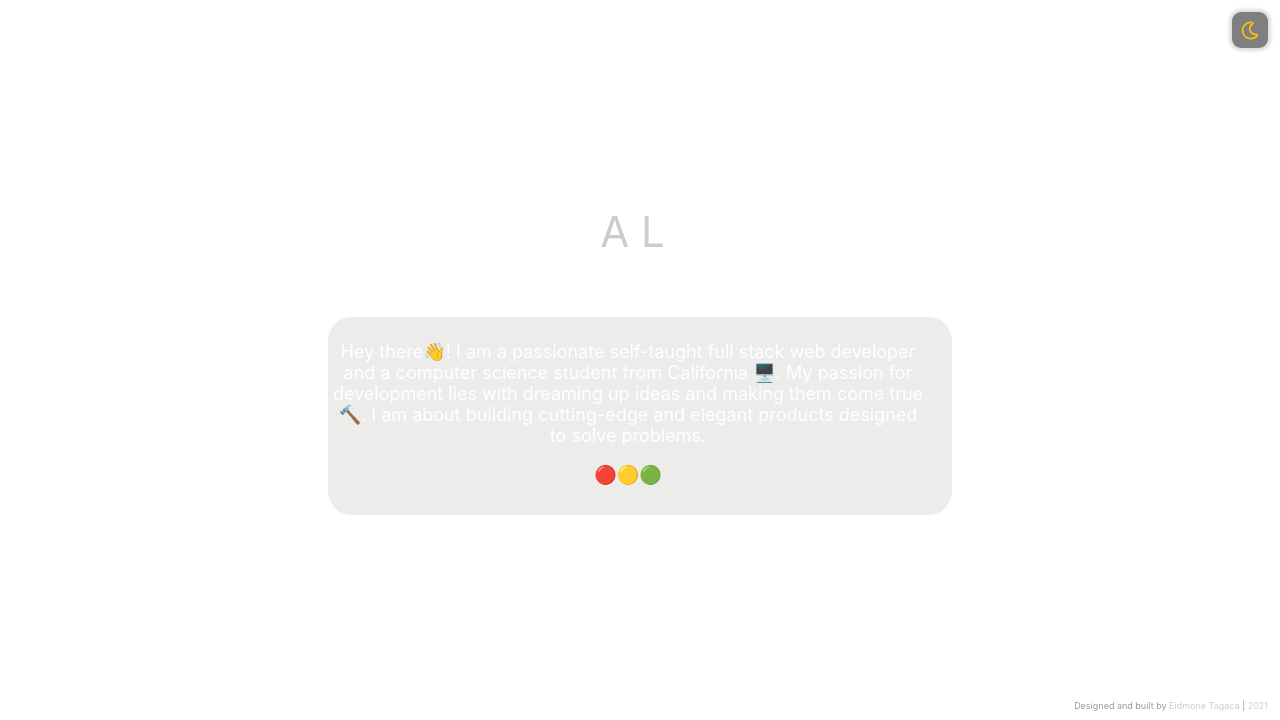
Repository: Tagaca19e/ET
Page: /
The author's editor kept a copy of each file at every save. The page is drawn from the files as they stood at one save, then again after the next save.
The browser window is 1280 px wide. The pictures show the whole page.
The project was rebuilt for these pictures with package versions that can differ from the ones it lists, and the page was loaded fresh each time. Also part of the build but not shown: src/icons/Sun.jsx, src/icons/Resume.jsx.

Above is the page before, as saved 2021-07-22 23:45:01.

### public/index.html
<!DOCTYPE html>
<html lang="en">
  <head>
    <meta charset="utf-8" />

    <!-- <meta name="title" property="og:title" content="Adam Alston" />
    <meta
      name="description"
      property="og:description"c
      content="Source: https://github.com/adamalston/v2"
    />

    <meta property="og:site_name" content="Personal Website" />
    <meta property="og:url" content="http://www.adamalston.com/" />
    <meta property="og:locale" content="en_US" />
    <meta property="og:image" content="https://git.io/JUWDe" />
    <meta property="og:image:type" content="image/png" />
    <meta property="og:image:width" content="1280" />
    <meta property="og:image:height" content="640" />
    <meta property="og:image:alt" content="adamalston.com" />
    <meta property="og:type" content="website" /> -->

    <link rel="icon" href="%PUBLIC_URL%/favicon.svg" />
    <link rel="canonical" href="https://adamalston.com" />
    <link rel="apple-touch-icon" href="%PUBLIC_URL%/favicon.svg" />
    <link rel="manifest" href="%PUBLIC_URL%/manifest.webmanifest" />

    <title>Eidmone</title>
  </head>
  <body>
    <noscript>
      Enable JavaScript to see this website.
      <a href="https://github.com/Tagaca19e/ET"> Source</a>
    </noscript>
    <div id="root"></div>
  </body>
</html>

### src/App/App.jsx
import React from "react";

import { ThemeProvider } from "./AppContext";
import { Toggle, Content, Buttons, Footer, Particles } from "./../components";
import "./app.scss";

const App = () => {
  return (
    <ThemeProvider>
      <div className="app">
        <Toggle />
        <Content />
        <Buttons />
        <Footer />
        <Particles />
      </div>
    </ThemeProvider>
  );
};

export default App;

### src/App/AppContext.jsx
import React, { createContext } from 'react';

import usePersistentState from './../hooks/PersistentState';
import { dark, light } from '../themes/Theme';

export const AppContext = createContext({
  isDark: Boolean,
  setIsDark: () => {},
});

export const ThemeProvider = ({ children }) => {
  const [isDark, setIsDark] = usePersistentState('theme', true); // default: dark mode
  const theme = isDark ? dark : light;

  const isMobile = window.matchMedia('(max-device-width: 820px) and (-webkit-min-device-pixel-ratio: 2)').matches;

  return <AppContext.Provider value={{ isDark, setIsDark, theme, isMobile }}>{children}</AppContext.Provider>;
};

### src/components/index.jsx
export * from "./Toggle";
export * from "./Content";
export * from "./Buttons";
export * from "./Footer";
export * from "./Particles";

### src/App/app.scss
html {
  overflow: hidden;
  font-size: 12px;
  font-family: -apple-system, BlinkMacSystemFont, 'Helvetica Neue', 'Segoe UI', Roboto, Oxygen, Ubuntu, Cantarell, 'Open Sans', sans-serif;
}

body {
  margin: 0;
  padding: 0;
  -webkit-font-smoothing: antialiased;
  -moz-osx-font-smoothing: grayscale;
}

.app {
  margin: 0;
  width: 100vw;
  height: 100vh;
  display: flex;
  flex-direction: column;
  align-items: center;
  justify-content: center;
  text-align: center;
}

### src/hooks/PersistentState.jsx
import { useEffect, useState } from 'react';

const usePersistentState = (key, defaultValue) => {
  const [state, setState] = useState(() => {
    const persistentState = localStorage.getItem(key);
    return persistentState ? JSON.parse(persistentState) : defaultValue;
  });

  useEffect(() => {
    window.localStorage.setItem(key, JSON.stringify(state));
  }, [state, key]);

  return [state, setState];
};

export default usePersistentState;

### src/themes/Theme.jsx
export const dark = {
  key: 'dark',
  primaryTextColor: '#FFF',
  secondaryTextColor: '#CCC',
  tertiaryTextColor: '#999',
  background: '#000',
  shadowColor: 'rgba(0, 0, 0, 0.5)',
};

export const light = {
  key: 'light',
  primaryTextColor: '#000',
  secondaryTextColor: '#333',
  tertiaryTextColor: '#777',
  background: '#FFF',
  shadowColor: 'rgba(255, 255, 255, 0.5)',
};

### src/components/Toggle.jsx
import React, { useContext } from 'react';
import styled from 'styled-components';

import { AppContext } from './../App/AppContext';
import { Moon, Sun } from './../icons';

const T = {
  Container: styled.main`
    position: fixed;
    z-index: 1;
    top: 1rem;
    right: 1rem;
    display: flex;
    flex: 1;
    align-items: center;
    justify-content: center;

    :active {
      -webkit-transform: scale(0.9);
      transform: scale(0.9);
    }
  `,
  Toggle: styled.input`
    display: none;
  `,
  Switch: styled.label`
    cursor: pointer;
    display: flex;
    width: 1.5rem;
    height: 1.5rem;
    padding: 0.75rem;
    background-color: ${({ theme }) => theme.shadowColor};
    border-radius: 25%;
    box-shadow: 0 0 0.25rem 0.25rem rgba(128, 128, 128, 0.25);
    align-items: center;
    justify-content: center;
    transition: background-color 0.5s linear;
    font-size: 0.5rem;
  `,
};

export const Toggle = () => {
  const { isDark, setIsDark, theme } = useContext(AppContext);

  return (
    <T.Container>
      <T.Toggle id='toggle' name='toggle' type='checkbox' checked={isDark} onChange={(e) => setIsDark(e.target.checked)} />
      <T.Switch theme={theme} htmlFor='toggle'>
        {isDark ? <Moon /> : <Sun />}
      </T.Switch>
    </T.Container>
  );
};

### src/components/Content.jsx
import React, { useContext } from "react";
import styled, { css } from "styled-components";
import TextLoop from "react-text-loop";

import { AppContext } from "./../App/AppContext";
import Typewriter from "typewriter-effect";

const sharedStyles = css`
  transition: color 0.5s linear;
  font-weight: normal;
  position: relative;
  z-index: 1;
`;

const C = {
  Name: styled.h1`
    ${sharedStyles};
    font-size: 6rem;
    margin: 0 0 3.5rem;
    color: ${({ theme }) => theme.primaryTextColor};
    @media only screen and (max-device-width: 820px) and (-webkit-min-device-pixel-ratio: 2) {
      font-size: 4.5rem;
    }
  `,
  Title: styled.h2`
    ${sharedStyles};
    font-size: 3.5rem;
    margin: 4rem 0;
    color: ${({ theme }) => theme.secondaryTextColor};
    @media only screen and (max-device-width: 820px) and (-webkit-min-device-pixel-ratio: 2) {
      font-size: 2.5rem;
    }
  `,
  Skills: styled.h3`
    ${sharedStyles};
    font-size: 1.5rem;
    margin: 5rem 0;
    color: ${({ theme }) => theme.primaryTextColor};
    max-width: 50rem;
    background: rgba(138, 138, 134, 0.16);
    border-radius: 2rem;
    font-style: bold;
    padding-top: 2rem;
    padding-bottom: 1rem;
    padding-right: 2rem;

    @media only screen and (max-device-width: 820px) and (-webkit-min-device-pixel-ratio: 2) {
      font-size: 1.5rem;
    }
  `,
};

function Type() {
  return (
    <Typewriter
      options={{
        strings: [
          "A Developer",
          "A Leader",
          "A Team Player",
          "A Hard Worker",
          "A Problem Solver",
          "A Student",
        ],
        autoStart: true,
        loop: true,
        deleteSpeed: 50,
      }}
    />
  );
}

export const Content = () => {
  const { theme } = useContext(AppContext);

  return (
    <div>
      <C.Name theme={theme} data-v2="name" aria-label="My name is Adam Alston">
        Eidmone Tagaca
      </C.Name>
      <C.Title
        theme={theme}
        data-v2="title"
        aria-label="I am a software engineer"
      >
        <Type
          theme={theme}
          data-v2="title"
          aria-label="I am a software engineer"
        />
      </C.Title>
      <C.Skills
        theme={theme}
        data-v2="skills"
        aria-label="My name is Adam Alston"
      >
        <p1>
          {" "}
          Hey there👋! I am a passionate self-taught full stack web developer
          and a computer science student from California 🖥️. My passion for
          development lies with dreaming up ideas and making them come true 🔨.
          I am about building cutting-edge and elegant products designed to
          solve problems.
        </p1>
        <p> 🔴🟡🟢</p>
        {/* <TextLoop interval={3000} delay={2000}>
          {[
            "Javascript  ",
            "Nodejs      ",
            "React       ",
            "Expressjs   ",
            "React Native",

            // "Cinema 4D",
          ].map((text) => (
            <span key={text}>{text}</span>
          ))}
        </TextLoop> */}
      </C.Skills>
    </div>
  );
};

### src/components/Buttons.jsx
import React, { useContext } from "react";
import styled from "styled-components";

import { AppContext } from "./../App/AppContext";
import { GitHub, LinkedIn, Resume, Email } from "./../icons";

const Container = styled.div`
  a,
  a:active,
  a:hover {
    outline: 0;
  }

  .button-container {
    display: inline-block;
    height: 6rem;
    width: 6rem;
    margin: 0 1.75rem;
  }

  .button {
    transition: color 0.5s linear;
    height: 6rem;
    width: 6rem;
    color: ${({ theme }) => theme.primaryTextColor};
    display: table-cell;
    vertical-align: middle;
    text-align: center;
    text-decoration: none;
    position: relative;
    z-index: 1;
    border-radius: 25%;
  }

  .icon {
    height: 4.5rem;
    width: 4.5rem;
    padding: 1rem;
  }

  .icon_title {
    font-size: 1.25rem;
  }

  .button:hover {
    background-color: ${({ theme }) => theme.shadowColor};
    box-shadow: 0 0 0.75rem 0.75rem rgba(128, 128, 128, 0.25);
  }

  .button:active {
    -webkit-transform: scale(0.9);
    transform: scale(0.9);
  }

  .button-container .icon_title {
    display: none;
  }

  .button-container:hover .icon_title {
    display: initial;
  }

  .button-container:hover .icon {
    display: none;
  }

  @media only screen and (max-device-width: 820px) and (-webkit-min-device-pixel-ratio: 2) {
    .button-container {
      height: 5rem;
      width: 5rem;
      margin: 0 0.8rem;
    }

    .button {
      height: 5rem;
      width: 5rem;
    }

    .icon {
      height: 4rem;
      width: 4rem;
      padding: 0.5rem;
    }

    .icon_title {
      font-size: 1rem;
    }
  }
`;

export const Buttons = () => {
  const { theme } = useContext(AppContext);

  const DATA = [
    {
      href: "https://github.com/Tagaca19e",
      aria: "Visit my GitHub profile",
      icon: <GitHub />,
      label: "GitHub",
    },
    {
      href: "https://www.linkedin.com/in/eidmone-tagaca-6ab45717b/",
      aria: "Visit my LinkedIn profile",
      icon: <LinkedIn />,
      label: "LinkedIn",
    },
    {
      href: "mailto:etagaca@csub.edu",
      aria: "Send me an email with this template",
      icon: <Email />,
      label: "Email",
    },
  ];

  return (
    <Container theme={theme}>
      {DATA.map(({ href, aria, icon, label }, i) => (
        <span className="button-container" key={i}>
          <a
            className="button"
            href={href}
            target="_self"
            aria-label={aria}
            rel="noopener noreferrer"
          >
            <div className="icon">{icon}</div>
            <span className="icon_title" data-v2={label}>
              {label}
            </span>
          </a>
        </span>
      ))}
    </Container>
  );
};

### src/components/Footer.jsx
import React, { useContext } from "react";
import styled from "styled-components";

import { AppContext } from "./../App/AppContext";

const F = {
  Container: styled.div`
    position: absolute;
    bottom: 0;
    right: 0;
    font-size: 0.75rem;
    padding-right: ${({ isMobile }) => (isMobile ? "1.5rem" : "1rem")};
    z-index: 1;
  `,
  Text: styled.p`
    transition: color 0.5s linear;
    color: ${({ theme }) => theme.tertiaryTextColor};
  `,
  Link: styled.a`
    transition: color 0.5s linear;
    text-decoration: none;
    color: ${({ theme }) => theme.secondaryTextColor};
  `,
};

export const Footer = () => {
  const { theme, isMobile } = useContext(AppContext);

  return (
    <F.Container isMobile={isMobile}>
      <F.Text theme={theme} aria-label="Designed and built by Adam Alston">
        Designed and built by&nbsp;
        <F.Link
          theme={theme}
          data-v2="creator"
          href="https://www.linkedin.com/in/eidmone-tagaca-6ab45717b/"
        >
          Eidmone Tagaca
        </F.Link>
        {isMobile ? (
          <></>
        ) : (
          <>
            &nbsp;|&nbsp;
            <F.Link
              theme={theme}
              data-v2="source"
              aria-label="Source code"
              href="https://github.com/jtagaca12/ET"
            >
              2021
            </F.Link>
          </>
        )}
      </F.Text>
    </F.Container>
  );
};

### src/components/Particles.jsx
import React, { useContext } from "react";
import styled from "styled-components";
import { Particles as ReactParticles } from "react-tsparticles";

import { AppContext } from "./../App/AppContext";

const P = {
  Container: styled.div`
    transition: background-color 0.5s linear;
    position: absolute;
    background-color: ${({ theme }) => theme.background};
    background-repeat: no-repeat;
    background-size: cover;
    background-position: 50% 50%;
    z-index: 0;
  `,
};

export const Particles = () => {
  const { theme } = useContext(AppContext);

  const OPTIONS = {
    particles: {
      number: {
        value: 100,
        density: {
          enable: true,
          area: 800,
        },
      },
      color: {
        value: ["c912ed", "00bfff", "22dd22", "ffd500", "ff8000", "ff2600"],
      },
      shape: {
        type: "square",
        stroke: {
          width: 0,
          color: "000",
        },
        polygon: {
          nb_sides: 5,
        },
        image: {
          src: "img/github.svg",
          width: 100,
          height: 100,
        },
      },
      opacity: {
        value: 0.9,
        random: false,
        anim: {
          enable: false,
          speed: 1,
          opacity_min: 0.5,
          sync: false,
        },
      },
      size: {
        value: 4,
        random: {
          enable: true,
          minimumValue: 2,
        },
        anim: {
          enable: false,
          speed: 30,
          size_min: 0.1,
          sync: true,
        },
      },
      links: {
        enable: true,
        distance: 75,
        color: "999",
        opacity: 0.9,
        width: 1,
        consent: false,
        blink: false,
      },
      move: {
        enable: true,
        speed: 2,
        direction: "none",
        random: false,
        straight: false,
        out_mode: "bounce",
        bounce: false,
        attract: {
          enable: false,
          rotateX: 600,
          rotateY: 1200,
        },
      },
    },
    interactivity: {
      detect_on: "canvas",
      events: {
        onhover: {
          enable: true,
          mode: "repulse",
        },
        onclick: {
          enable: true,
          mode: "push",
        },
        resize: true,
      },
      modes: {
        attract: {
          distance: 100,
          duration: 1,
          speed: 5,
        },
        bubble: {
          distance: 400,
          size: 40,
          duration: 2,
          opacity: 8,
          speed: 3,
        },
        grab: {
          distance: 400,
          line_linked: {
            opacity: 1,
          },
        },
        push: {
          particles_nb: 3,
        },
        remove: {
          particles_nb: 2,
        },
        repulse: {
          distance: 100,
          duration: 1,
        },
      },
    },
    retina_detect: true,
    fpsLimit: 60,
    // 3m@62^K^88745%
  };

  return (
    <P.Container theme={theme}>
      <ReactParticles width="100vw" height="100vh" options={OPTIONS} />
    </P.Container>
  );
};

### src/icons/index.jsx
export * from './Moon';
export * from './Sun';
export * from './GitHub';
export * from './LinkedIn';
export * from './Resume';
export * from './Email';

### src/icons/Moon.jsx
import React from 'react';

export const Moon = () => (
  <svg role='img' viewBox='0 0 512 512' xmlns='http://www.w3.org/2000/svg' height='4.5em' width='4.5em'>
    <title>Moon Icon</title>
    <path fill='#F1C40F' d='M279.135 512c78.756 0 150.982-35.804 198.844-94.775 28.27-34.831-2.558-85.722-46.249-77.401-82.348 15.683-158.272-47.268-158.272-130.792 0-48.424 26.06-92.292 67.434-115.836 38.745-22.05 29-80.788-15.022-88.919A257.936 257.936 0 00279.135 0c-141.36 0-256 114.575-256 256 0 141.36 114.576 256 256 256zm0-464c12.985 0 25.69 1.201 38.016 3.478-54.76 31.163-91.693 90.042-91.693 157.554 0 113.848 103.641 199.2 215.252 177.944C402.574 433.964 344.366 464 279.135 464c-114.875 0-208-93.125-208-208s93.125-208 208-208z'/>
  </svg>
);

### src/icons/GitHub.jsx
import React from 'react';

export const GitHub = () => (
  <svg role='img' viewBox='0 0 512 512' xmlns='http://www.w3.org/2000/svg'>
    <title>GitHub Icon</title>
    <path fill='currentColor' d='M296.133 354.174c49.885-5.891 102.942-24.029 102.942-110.192 0-24.49-8.624-44.448-22.67-59.869 2.266-5.89 9.515-28.114-2.734-58.947 0 0-18.139-5.898-60.759 22.669-18.139-4.983-38.09-8.163-56.682-8.163-19.053 0-39.011 3.18-56.697 8.163-43.082-28.567-61.22-22.669-61.22-22.669-12.241 30.833-4.983 53.057-2.718 58.947-14.061 15.42-22.677 35.379-22.677 59.869 0 86.163 53.057 104.301 102.942 110.192-6.344 5.452-12.241 15.873-14.507 30.387-12.702 5.438-45.808 15.873-65.758-18.592 0 0-11.795-21.31-34.012-22.669 0 0-22.224-.453-1.813 13.592 0 0 14.96 6.812 24.943 32.653 0 0 13.6 43.089 76.179 29.48v38.543c0 5.906-4.53 12.702-15.865 10.89C96.139 438.977 32.2 354.626 32.2 255.77c0-123.807 100.216-224.022 224.03-224.022 123.347 0 224.023 100.216 223.57 224.022 0 98.856-63.946 182.754-152.828 212.688-11.342 2.266-15.873-4.53-15.873-10.89V395.45c.001-20.873-6.811-34.465-14.966-41.276zM512 256.23C512 114.73 397.263 0 256.23 0 114.73 0 0 114.73 0 256.23 0 397.263 114.73 512 256.23 512 397.263 512 512 397.263 512 256.23z'/>
  </svg>
);

### src/icons/LinkedIn.jsx
import React from 'react';

export const LinkedIn = () => (
  <svg role='img' viewBox='0 0 512 512' xmlns='http://www.w3.org/2000/svg'>
    <title>LinkedIn Icon</title>
    <path fill='currentColor' d='M160.008 423h-70V197h70zm6.984-298.004c0-22.629-18.36-40.996-40.976-40.996C103.312 84 85 102.367 85 124.996 85 147.633 103.313 166 126.016 166c22.617 0 40.976-18.367 40.976-41.004zM422 298.664C422 237.996 409.184 193 338.312 193c-34.054 0-56.914 17.031-66.246 34.742H272V197h-68v226h68V310.79c0-29.388 7.48-57.856 43.906-57.856 35.93 0 37.094 33.605 37.094 59.722V423h69zM512 452V60c0-33.086-26.914-60-60-60H60C26.914 0 0 26.914 0 60v392c0 33.086 26.914 60 60 60h392c33.086 0 60-26.914 60-60zM455.26 32C466.694 32 480 45.305 480 56.74v398.52c0 11.435-13.305 24.74-24.74 24.74H56.74C45.306 480 32 466.695 32 455.26V56.74C32 45.306 45.305 32 56.74 32zM452 40'/>
  </svg>
);

### src/icons/Email.jsx
import React from 'react';

export const Email = () => (
  <svg role='img' viewBox='0 0 512 512' xmlns='http://www.w3.org/2000/svg'>
    <title>Email Icon</title>
    <path fill='currentColor' d='M464.004 4.326L15.986 262.714c-23 13.3-20.7 47.198 3.8 57.297l140.206 57.997v101.996c0 30.198 37.802 43.298 56.702 20.299l60.703-73.797L403.8 478.704c19.101 7.9 40.702-4.2 43.802-24.7l64.003-417.08c4.1-26.698-24.601-45.897-47.602-32.598zm-272.01 475.678v-88.796l54.501 22.499zm224.008-30.899l-206.208-85.196L409.302 128.12c4.8-5.6-2.9-13.199-8.5-8.4l-255.31 217.59-113.505-46.797L480.004 32.025z'/>
  </svg>
);

Loaded but not shown: src/index.jsx (common file)

After the next save:
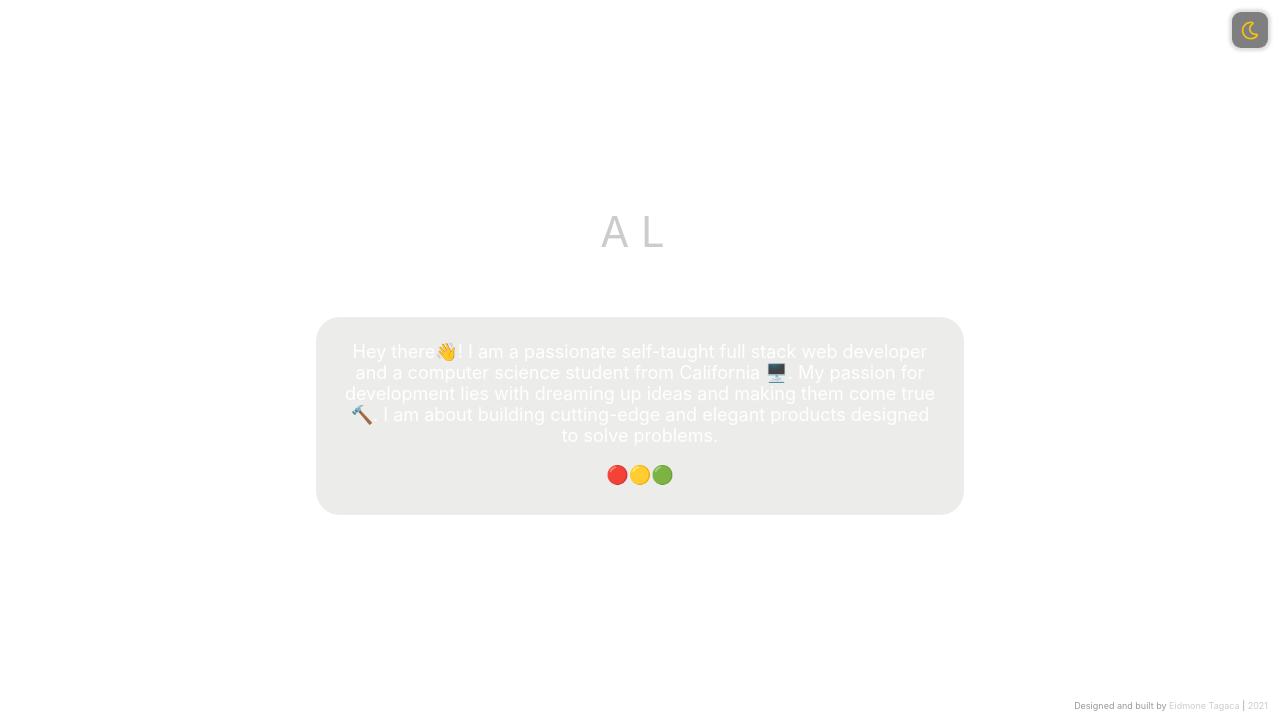
Saved 10 s later.
--- a/src/components/Content.jsx
+++ b/src/components/Content.jsx
@@ -43,6 +43,7 @@ const C = {
     padding-top: 2rem;
     padding-bottom: 1rem;
     padding-right: 2rem;
+    padding-left: 2rem;
 
     @media only screen and (max-device-width: 820px) and (-webkit-min-device-pixel-ratio: 2) {
       font-size: 1.5rem;
